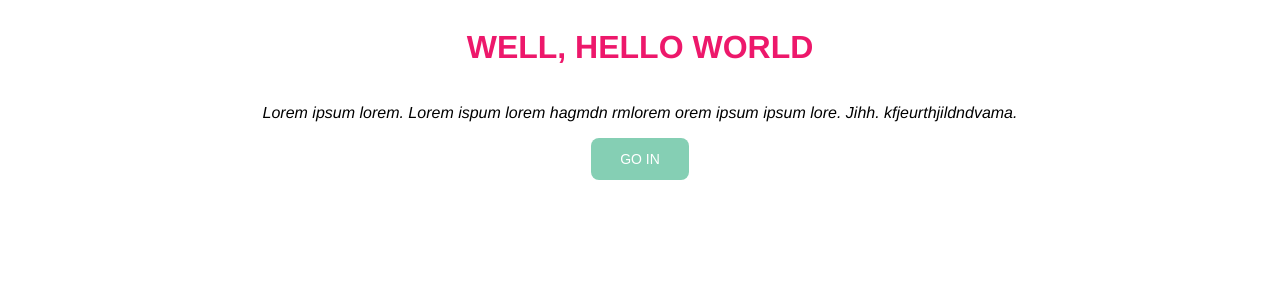
Repository: dianabit/react-app
Page: /
These files come from the project's save history. The page is drawn as it stood at one moment and after the next save; the edit follows.
The browser window is 1280 px wide. The pictures show the whole page.
Some web libraries are served in a nearby version. The project was rebuilt for these pictures with package versions that can differ from the ones it lists, and the page was loaded fresh each time. Also part of the build but not shown: webpack.config.js, src/components/Form/FormInput.js.

Above is the page before, as saved 2018-12-01 14:09:25.

### src/index.html
<!DOCTYPE html>
<html>
    <head>
        <meta charset="UTF-8">
        <meta name="viewport" content="width=device-width, initial-scale=1.0">
        <meta http-equiv="X-UA-Compatible" content="ie=edge">
        <link href="https://maxcdn.bootstrapcdn.com/font-awesome/4.2.0/css/font-awesome.min.css" rel="stylesheet" media="screen" />
        <title>Have a Book!</title>
    </head>
    <body>
        <div id="app"></div>
        <script src="./bundle.js"></script>
    </body>
</html>

### src/index.js
import React from 'react';
import ReactDOM from "react-dom";

import App from './containers/App/index';

ReactDOM.hydrate(<App />, document.getElementById('app'));

### src/containers/App/index.js
import React from 'react';
import Site from '../Site/index';


class App extends React.Component {
  render() {
    return <Site />;
  }
}

export default App;

### src/containers/Site/index.js
import React from 'react';
import styled from 'styled-components';
import Auth from '../Auth/index';

const MainContainer = styled.div`
    font-family: Helvetica;
`;

export class Site extends React.PureComponent {
    constructor(props) {
        super(props);
    }

  render() {

    return (
        <MainContainer>
            <Auth />
        </MainContainer>
        )
    }
}

export default Site;

### src/containers/Auth/index.js
import React from 'react';
import styled from 'styled-components';
import Button from '../../components/Button';
import Heading from '../../components/Heading';
import Paragraph from '../../components/Paragraph';
import FormInput from '../../components/Form/FormInput';

const Container = styled.div`
    display: flex;
    flex-direction: column;
    align-items: center;
    justify-content: center;
`;

class Auth extends React.Component {
    constructor(props) {
        super(props);

        this.state={
            isFormOpen: false
        }

        this.enterApp = this.enterApp.bind(this);
    }

    enterApp() {
        this.setState({isFormOpen: true});
    }

    render() {
    const { isFormOpen } = this.state;
    return(
        <Container>
            <Heading
                text="WELL, HELLO WORLD"
                fontStyle="bold"
                isLarge
            />
            <Paragraph
                text="Lorem ipsum lorem. Lorem ispum lorem hagmdn rmlorem orem ipsum ipsum lore. Jihh. kfjeurthjildndvama."
                fontStyle="italic"
            />
            <Button
                type="submit"
                onClick={this.enterApp}
                text="GO IN"
                />
                {isFormOpen && (
                    <FormInput />
                )}
        </Container>
    )
}
}

export default Auth;

### src/components/Button/index.js
import React from 'react';
import styled from 'styled-components';

const Element = styled.button`
    background-color: ${props => props.bgColor || '#85CFB4'};
    width: 7em;
    height: 3em;
    border: none;
    border-radius: 8px;
    color: #fff;
    font-size: 14px;
    font-style: bold;

    :focus {
        outline: none;
    }

    :hover {
        background-color: #a3e6cd;
        cursor: pointer;
    }
`

function Button(props) {
    const { type, onClick, text, bgColor } = props;
    return (
        <Element
            type={type}
            onClick={onClick}
            bgColor={bgColor}
        >
            {text}
        </Element>
    )
}

export default Button;

### src/components/Heading/index.js
import React from 'react';
import styled from 'styled-components';

const LargeHeading = styled.h1`
    color: ${props => props.color || '#ED186B'};
    font-style: ${props => props.fontStyle || 'normal'};
`
const RegularHeading = styled.h3`
    color: ${props => props.color || '#ED186B'};
    font-style: ${props => props.fontStyle || 'normal'};
`
const SmallHeading = styled.h5`
    color: ${props => props.color || '#FFB312'};
    font-style: ${props => props.fontStyle || 'normal'};
`

function Heading(props) {
    const { text, isLarge, isRegular, isSmall, color, fontStyle } = props;
    return (
        <div>
            {isLarge && (
                <LargeHeading
                    color={color}
                    fontStyle={fontStyle}
                >
                    {text}
                </LargeHeading>
            )}
            {isRegular && (
                <RegularHeading
                    color={color}
                    fontStyle={fontStyle}
                >
                    {text}
                </RegularHeading>
            )}
            {isSmall && (
                <SmallHeading
                color={color}
                fontStyle={fontStyle}
                >
                    {text}
                </SmallHeading>
            )}
        </div>
    )
}

export default Heading;

### src/components/Paragraph/index.js
import React from 'react';
import styled from 'styled-components';

const Element = styled.p`
    color: ${props => props.color || '#000'};
    font-style: ${props => props.fontStyle || 'normal'};
    font-size: ${props => props.isSmall ? '12px' : '16px'};
`

function Paragraph(props) {
    const { fontStyle, color, isSmall, text } = props;
    return (
        <Element
            fontStyle={fontStyle}
            color={color}
            isSmall={isSmall}
        >
            {text}
        </Element>
    )
}

export default Paragraph;

After the next save:
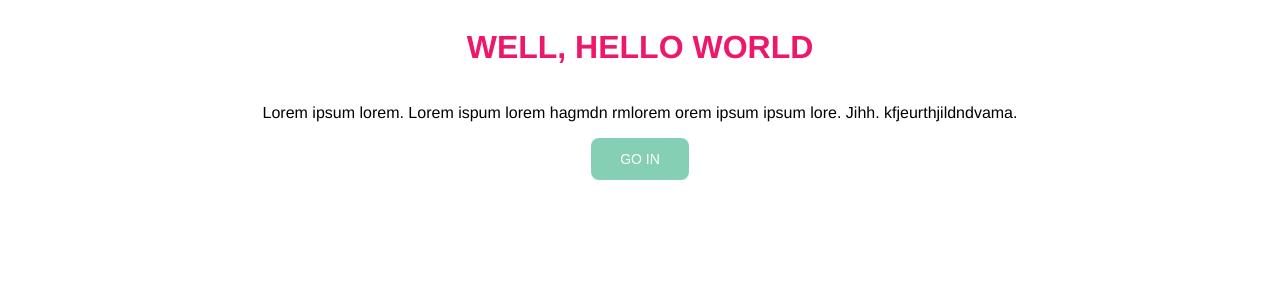
Saved 27 s later.
--- a/src/containers/Auth/index.js
+++ b/src/containers/Auth/index.js
@@ -38,7 +38,6 @@ class Auth extends React.Component {
             />
             <Paragraph
                 text="Lorem ipsum lorem. Lorem ispum lorem hagmdn rmlorem orem ipsum ipsum lore. Jihh. kfjeurthjildndvama."
-                fontStyle="italic"
             />
             <Button
                 type="submit"
